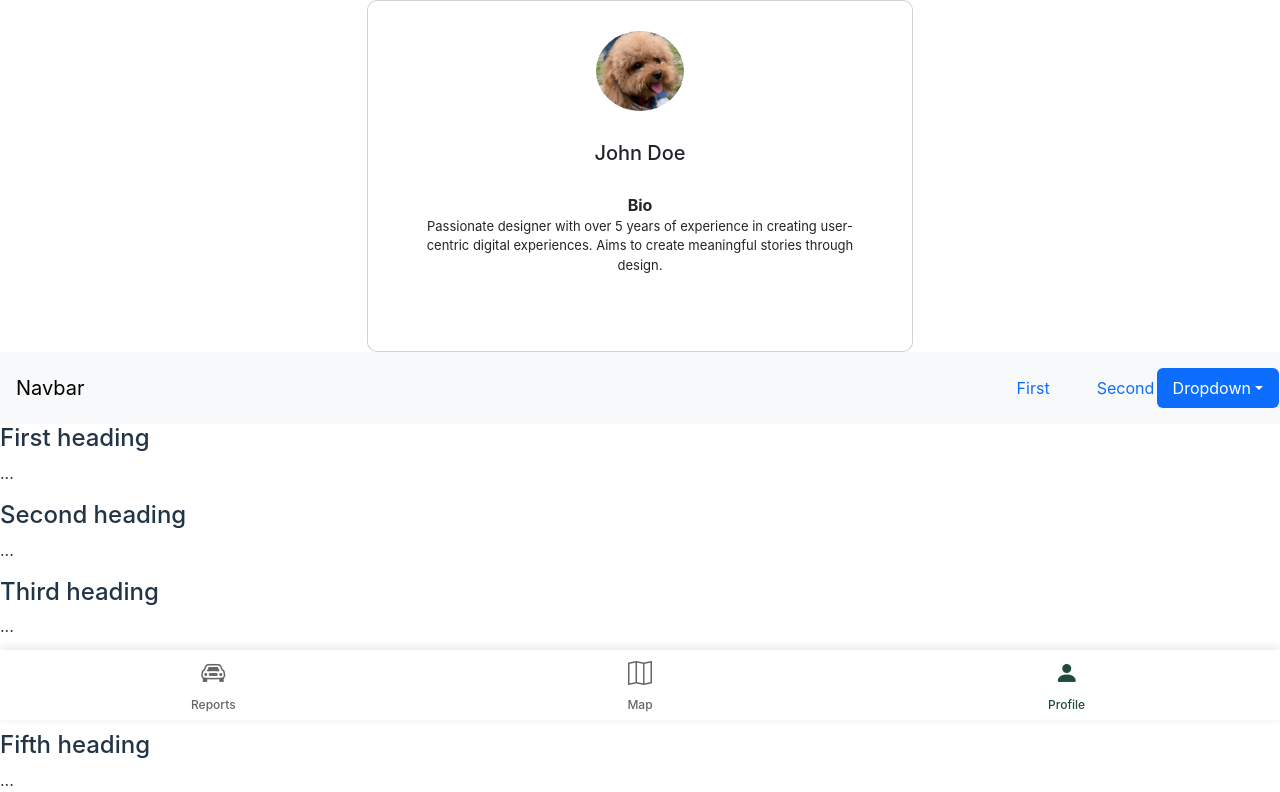
Repository: sukhrajsandhar/1800_202510_BBY8
Page: Profile.html
The author's editor kept a copy of each file at every save. The page is drawn from the files as they stood at one save, then again after the next save.
The browser window is 1280 px wide. The pictures show the whole page.

Above is the page before, as saved 2025-03-03 19:43:12.

After the next save:
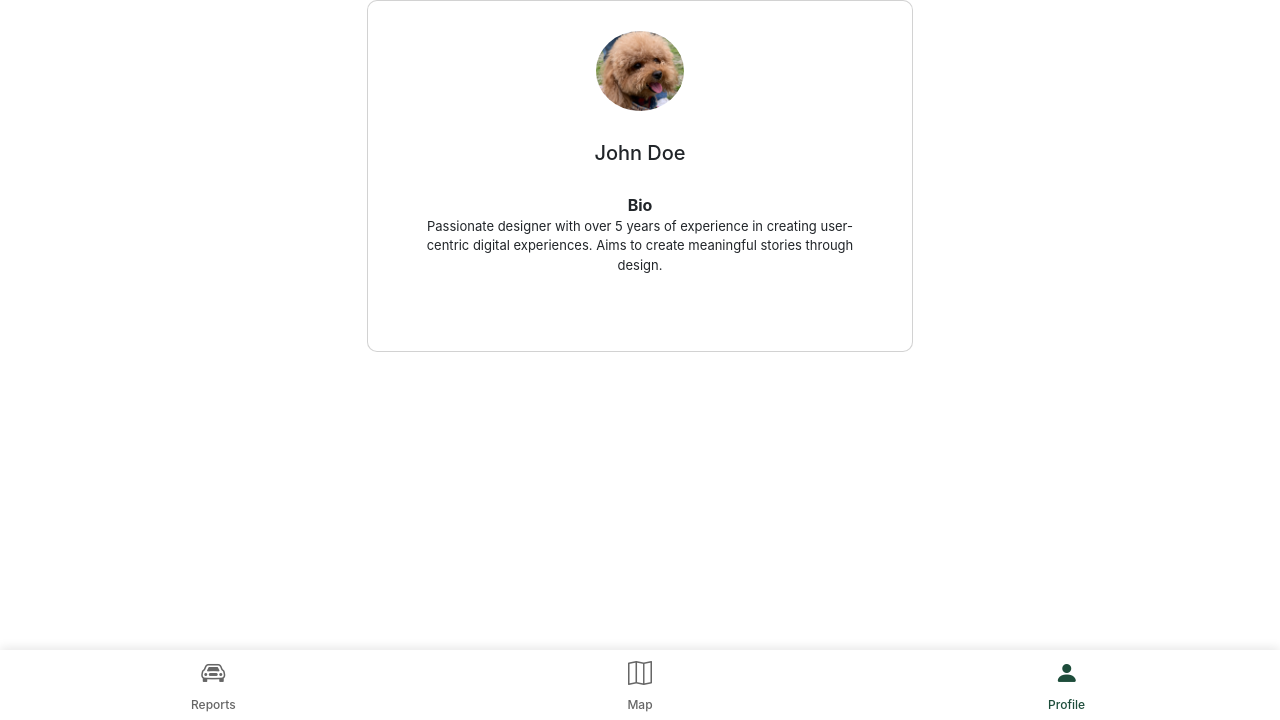
Saved 57 s later.
--- a/Profile.html
+++ b/Profile.html
@@ -36,39 +36,6 @@
             </div>
         </div>
     </div>
-    <!-- User Reports -->
-    <nav id="navbar-example2" class="navbar navbar-light bg-light px-3">
-        <a class="navbar-brand" href="#">Navbar</a>
-        <ul class="nav nav-pills">
-        <li class="nav-item">
-            <a class="nav-link" href="#scrollspyHeading1">First</a>
-        </li>
-        <li class="nav-item">
-            <a class="nav-link" href="#scrollspyHeading2">Second</a>
-        </li>
-        <li class="nav-item dropdown">
-            <a class="nav-link dropdown-toggle" data-bs-toggle="dropdown" href="#" role="button" aria-expanded="false">Dropdown</a>
-            <ul class="dropdown-menu">
-            <li><a class="dropdown-item" href="#scrollspyHeading3">Third</a></li>
-            <li><a class="dropdown-item" href="#scrollspyHeading4">Fourth</a></li>
-            <li><hr class="dropdown-divider"></li>
-            <li><a class="dropdown-item" href="#scrollspyHeading5">Fifth</a></li>
-            </ul>
-        </li>
-        </ul>
-    </nav>
-    <div data-bs-spy="scroll" data-bs-target="#navbar-example2" data-bs-offset="0" class="scrollspy-example" tabindex="0">
-        <h4 id="scrollspyHeading1">First heading</h4>
-        <p>...</p>
-        <h4 id="scrollspyHeading2">Second heading</h4>
-        <p>...</p>
-        <h4 id="scrollspyHeading3">Third heading</h4>
-        <p>...</p>
-        <h4 id="scrollspyHeading4">Fourth heading</h4>
-        <p>...</p>
-        <h4 id="scrollspyHeading5">Fifth heading</h4>
-        <p>...</p>
-    </div>
 
     <!-- Nav bar -->
     <nav class="bottom-nav">
